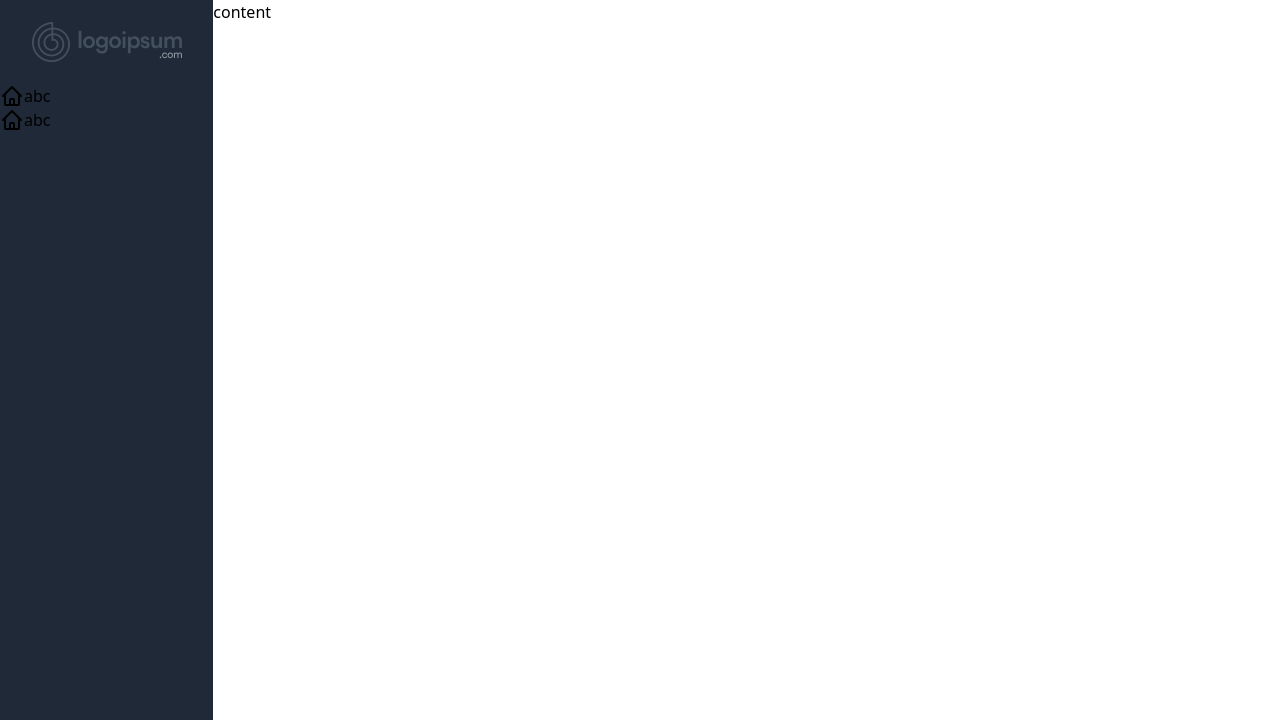
Repository: daskafa/Lavue-ui
Page: /admin
These files come from the project's save history. The page is drawn as it stood at one moment and after a run of saves; the edit follows.
The browser window is 1280 px wide. The pictures show the whole page.
The project was rebuilt for these pictures with package versions that can differ from the ones it lists, and the page was loaded fresh each time. Also part of the build but not shown: src/views/Homepage.vue.

Above is the page before, as saved 2022-02-21 23:15:36.

### src/views/Dashboard.vue
<template>
    <Sidebar />
</template>

<script>
import Sidebar from '@/components/Sidebar'

export default {
    name: 'Dashboard',
    components: {
        Sidebar,
    }
}
</script>

### src/components/Sidebar.vue
<template>
<div class="grid grid-cols-12">
    <div class="col-span-2 h-screen bg-gray-800">
        <div class="mt-5">
            <Logo />
        </div>
        <div class="mt-5 sidebar-menu-items">
            <ul>
                <li>
                    <svg xmlns="http://www.w3.org/2000/svg" class="h-6 w-6" fill="none" viewBox="0 0 24 24" stroke="currentColor"><path stroke-linecap="round" stroke-linejoin="round" stroke-width="2" d="M3 12l2-2m0 0l7-7 7 7M5 10v10a1 1 0 001 1h3m10-11l2 2m-2-2v10a1 1 0 01-1 1h-3m-6 0a1 1 0 001-1v-4a1 1 0 011-1h2a1 1 0 011 1v4a1 1 0 001 1m-6 0h6" /></svg>
                    <span>abc</span>
                </li>
                <li>
                    <svg xmlns="http://www.w3.org/2000/svg" class="h-6 w-6" fill="none" viewBox="0 0 24 24" stroke="currentColor"><path stroke-linecap="round" stroke-linejoin="round" stroke-width="2" d="M3 12l2-2m0 0l7-7 7 7M5 10v10a1 1 0 001 1h3m10-11l2 2m-2-2v10a1 1 0 01-1 1h-3m-6 0a1 1 0 001-1v-4a1 1 0 011-1h2a1 1 0 011 1v4a1 1 0 001 1m-6 0h6" /></svg>
                    <span>abc</span>
                </li>
            </ul>
        </div>
    </div>
    <div class="col-span-10 p-50">content</div>
</div>


    <!-- <router-link :to="{ name: 'Dashboard' }"><span class="text-sm ml-2">Dashboard</span></router-link> -->
    <!-- <router-link :to="{name: 'About'}"><span class="text-sm ml-2">About</span></router-link> -->

    <!-- <Content /> -->
</template>

<script>
// import Content from './Content.vue'
import Logo from './Logo'
export default {
    name: "Sidebar",
    components: {
        Logo
        // Content
    },
    data() {
        return {
            moved: true,
        };
    },
    methods: {
        sidebarHandler() {
            var sideBar = document.getElementById("mobile-nav");
            sideBar.style.transform = "translateX(-260px)";
            if (this.$data.moved) {
                sideBar.style.transform = "translateX(0px)";
                this.$data.moved = false;
            } else {
                sideBar.style.transform = "translateX(-260px)";
                this.$data.moved = true;
            }
        },
    },
};
</script>
<style scoped>
    .sidebar-menu-items li{
        display: flex;
    }
</style>

Loaded but not shown: public/index.html (common file); src/main.js (common file); src/App.vue (common file); src/index.css (common file); tailwind.config.js (common file); src/router/index.js (31 lines, source omitted); src/components/Logo.vue (3 lines, source omitted)

After the next 5 saves:
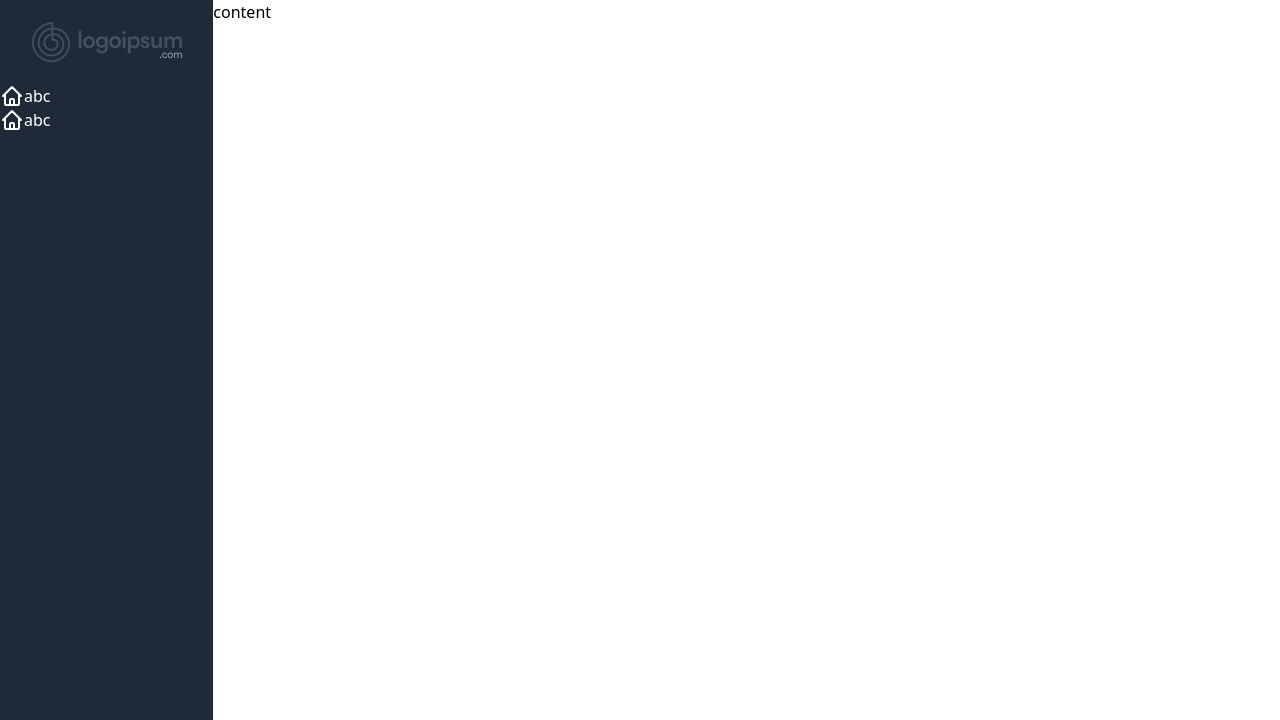
The 5 saves are shown as one change because 1 did not build or start and some came seconds apart.
The last was saved 50 s later.
--- a/src/components/Sidebar.vue
+++ b/src/components/Sidebar.vue
@@ -60,4 +60,8 @@
     .sidebar-menu-items li{
         display: flex;
     }
+    .sidebar-menu-items li svg,
+    .sidebar-menu-items li span{
+        color: #fff;
+    }
 </style>
